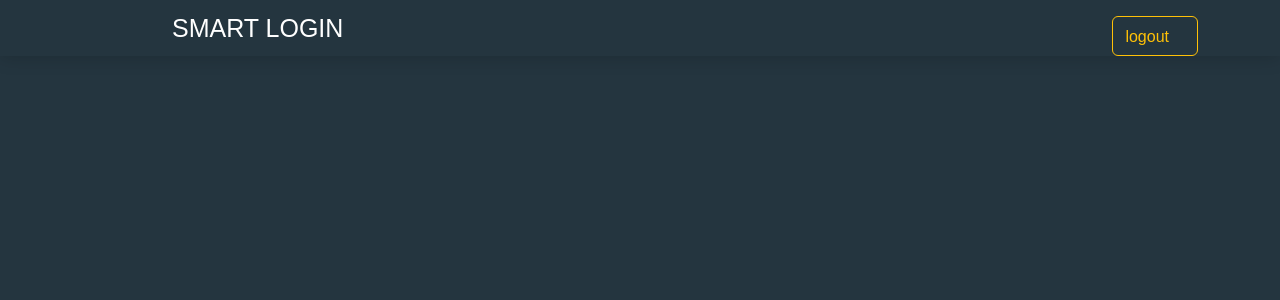
Repository: bodajava/TASK-4
Page: theerdIndex.html
These files come from the project's save history. The page is drawn as it stood at one moment and after the next save; the edit follows.
The browser window is 1280 px wide. The pictures show the whole page.

Above is the page before, as saved 2025-06-18 18:54:36.

### theerdIndex.html
<!DOCTYPE html>
<html lang="en">
  <head>
    <link rel="stylesheet" href="CSS/all.min.css" />
    <link rel="stylesheet" href="CSS/bootstrap.css" />
    <link rel="stylesheet" href="CSS/style.css" />
    <meta charset="UTF-8" />
    <meta name="viewport" content="width=device-width, initial-scale=1.0" />
    <title>Document</title>
  </head>
  <body>
    <div id="container" class="container-fluid">
      <nav
        id="nav"
        class="container navbar navbar-expand-lg bg-body-tertiary pt-0 pb-0"
      >
        <div class="container-fluid">
          <a id="margen" class="navbar-brand" href="#">SMART LOGIN</a>

          <button
            class="navbar-toggler"
            type="button"
            data-bs-toggle="collapse"
            data-bs-target="#navbarSupportedContent"
            aria-controls="navbarSupportedContent"
            aria-expanded="false"
            aria-label="Toggle navigation"
          >
            <span class="navbar-toggler-icon"></span>
          </button>

          <div class="collapse navbar-collapse" id="navbarSupportedContent">
            <ul class="navbar-nav ms-auto mb-2 mb-lg-0">
              <li>
                <a
                  class="me-3 pt-2 mt-3 btn btn-outline-warning w-100 d-flex align-items-center"
                  href=""
                  >logout</a
                >
              </li>
            </ul>
          </div>
        </div>
      </nav>
    </div>
    <script src="js/bootstrap.bundle.min.js"></script>
    <script src="js/index.js"></script>
  </body>
</html>

### CSS/style.css
* {
  padding: 0;
  margin: 0;
  box-sizing: border-box;
}

body {
  background-color: #24353f;
  display: flex;
  justify-content: center;
  align-items: center;
  font-family: Arial, sans-serif;
}

#item {
  margin-top: 60px;
  margin-left: 390px;
  margin-right: 390px;
  padding-left: 15px;
  padding-right: 15px;
}

#item2 {
  box-shadow: 0 0 20px rgba(0, 0, 0, 0.2);
  margin-left: 138.75px;
  margin-right: 138.75px;
  padding-left: 60px;
  padding-right: 60px;
  padding-top: 60px;
  padding-bottom: 60px;
}

h1 {
  color: #189bb1;
}

.anchor {
  text-decoration: none;
}

.anchor:hover {
  text-decoration: underline;
}

.paragraph {
  font-size: 20px;
  line-height: 30px;
  font-weight: 400;
  color: white;
}

.paragraph a {
  font-size: 20px;
  line-height: 30px;
  font-weight: 400;
  color: white;
}

.form-control {
  background-color: #24353f;
  border: 1px solid white;
  color: #fff;
  border-radius: 5px;
}

.form-control::placeholder {
  color: #a0a0a0;
}

.form-control:focus {
  background-color: #24353f;
  color: #fff;
  border-color: #189bb1;
  outline: none;
  box-shadow: none;
}

.btnn {
  text-decoration: none;
  color: #189bb1;
}

.btnn:hover {
  color: white;
}

#box {
  box-shadow: 0 0 20px rgba(0, 0, 0, 0.2);
}

#nav {
  background-color: #24353f !important;
}

#container {
  box-shadow: 0 0 20px rgba(0, 0, 0, 0.2);
}

#margen {
  margin-left: 90px;
  font-size: 25px;
  line-height: 38px;
  font-weight: 400;
  color: white;
}

Loaded but not shown: CSS/all.min.css (library); CSS/bootstrap.css (library); js/bootstrap.bundle.min.js (library); js/index.js (no copy from this time; the picture is the same without it)

After the next save:
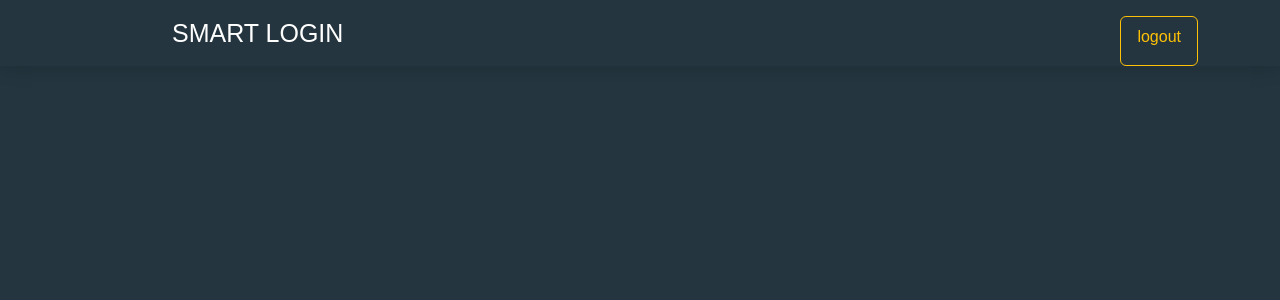
Saved 12 s later.
--- a/theerdIndex.html
+++ b/theerdIndex.html
@@ -33,7 +33,7 @@
             <ul class="navbar-nav ms-auto mb-2 mb-lg-0">
               <li>
                 <a
-                  class="me-3 pt-2 mt-3 btn btn-outline-warning w-100 d-flex align-items-center"
+                  class="p-3 pt-2 mt-3 btn btn-outline-warning w-100 d-flex align-items-center"
                   href=""
                   >logout</a
                 >
